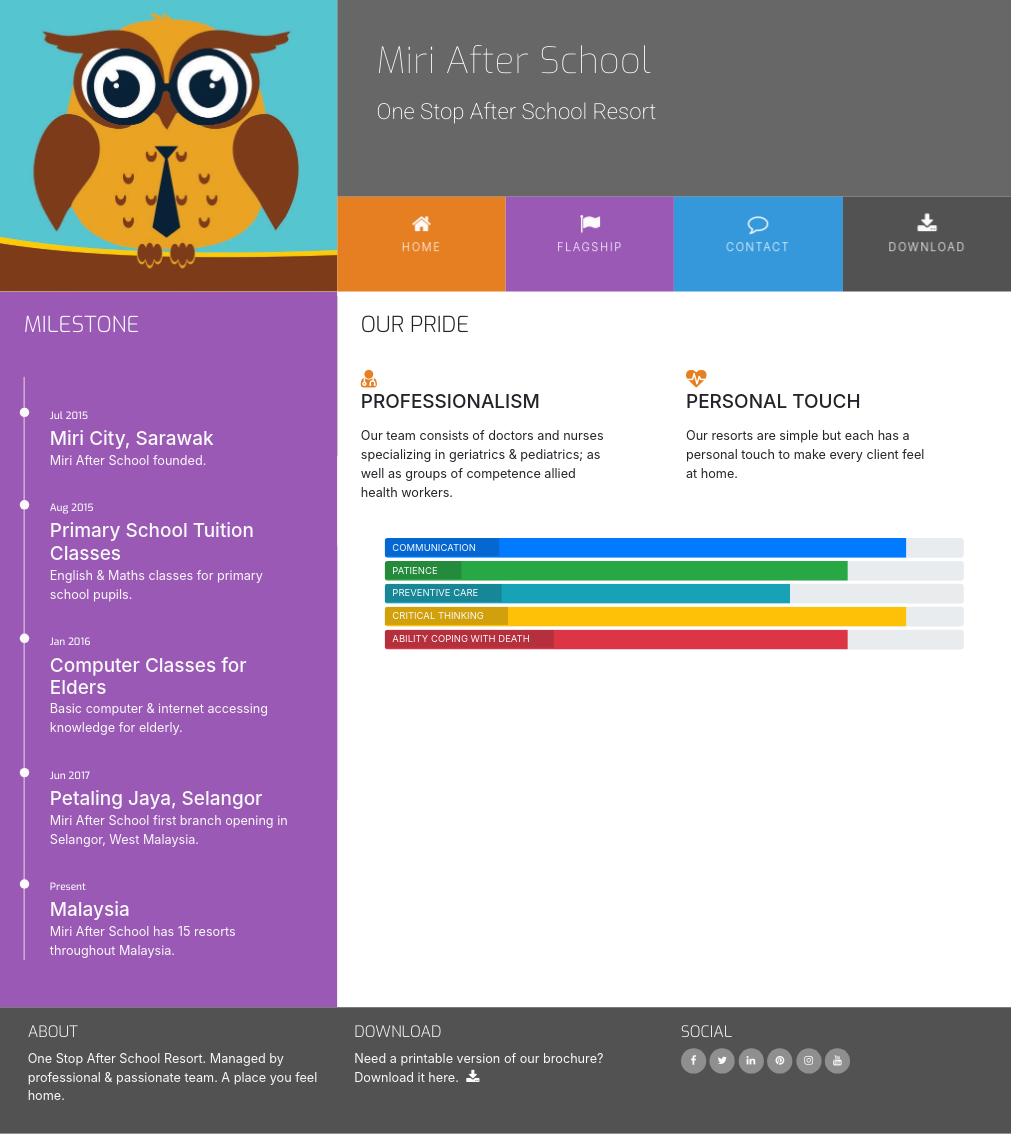
Repository: Code-Institute-Submissions/miri-after-school
Page: flagship.html
The author's editor kept a record of every edit. The page is drawn from the files as they stood at one moment, then again after the next edit.
The browser window is 1280 px wide. The pictures show the whole page, at 79% of full size.

Above is the page before.

After the next edit:
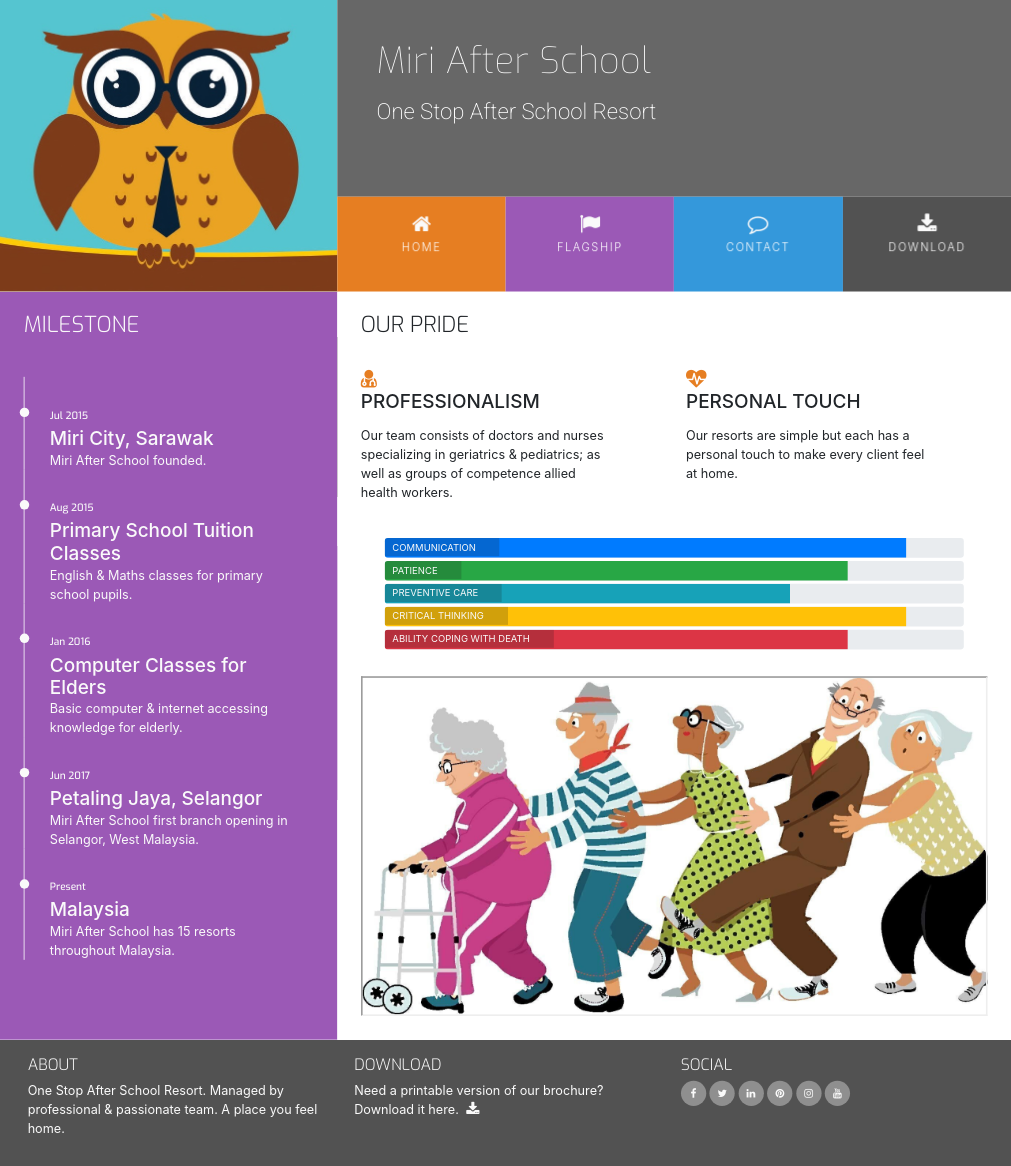
The edit:
--- a/flagship.html
+++ b/flagship.html
@@ -147,12 +147,8 @@
                         </div>
                     </div>
                 </div>
-                <div class="row">
-                    <div class="row no-gutters">
-                        <a href="index.html" class="col-md-4 logo">
-
-                        </a>
-                    </div>
+                <div class="img-responsive">
+                    <iframe class="img-responsive picture"></iframe>
                 </div>
     </section>
     <footer class="container-fluid">
